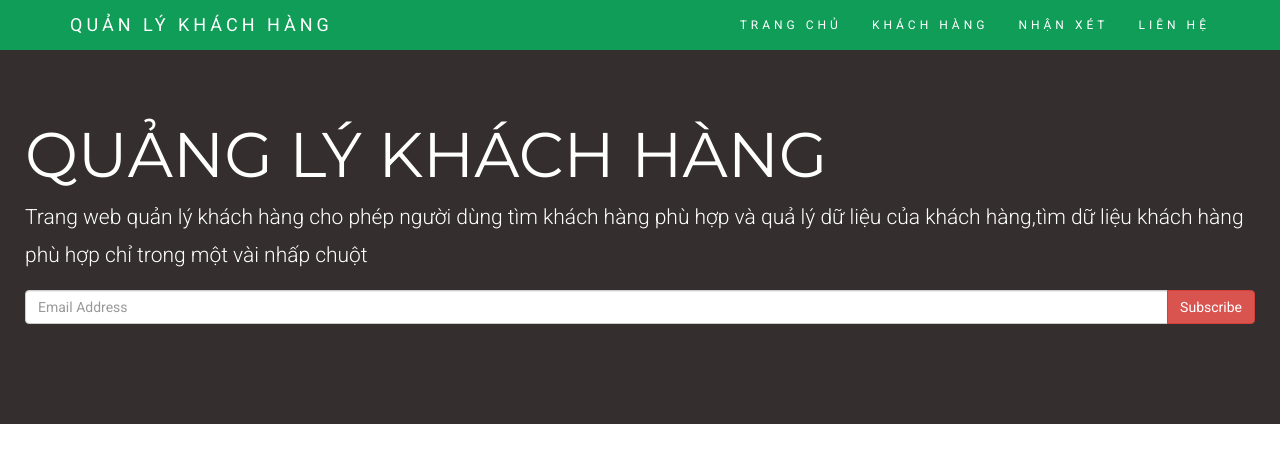
Repository: huutien1904/bt2-ltw
Page: index.html
The author's editor kept a copy of each file at every save. The page is drawn from the files as they stood at one save, then again after the next save.
The browser window is 1280 px wide. The pictures show the whole page.

Above is the page before, as saved 2021-11-03 16:30:43.

### index.html
<!DOCTYPE html>
<html lang="en">
<head>
    <meta charset="UTF-8">
    <meta http-equiv="X-UA-Compatible" content="IE=edge">
    <meta name="viewport" content="width=device-width, initial-scale=1.0">
    <title>Quản Lý Khách Hàng</title>
    <link rel="stylesheet" href="https://maxcdn.bootstrapcdn.com/bootstrap/3.4.1/css/bootstrap.min.css">
    <link href="https://fonts.googleapis.com/css?family=Montserrat" rel="stylesheet" type="text/css">
    <link href="https://fonts.googleapis.com/css?family=Lato" rel="stylesheet" type="text/css">
    <!-- style -->
    <link rel="stylesheet" href="./style.css">
    <!-- font roboto -->
    <link rel="preconnect" href="https://fonts.googleapis.com">
    <link rel="preconnect" href="https://fonts.gstatic.com" crossorigin>
    <link href="https://fonts.googleapis.com/css2?family=Roboto:ital,wght@0,300;0,400;0,500;0,700;0,900;1,700&display=swap" rel="stylesheet">
    <!-- javacript boostrap -->
    <script src="https://ajax.googleapis.com/ajax/libs/jquery/3.5.1/jquery.min.js"></script>
    <script src="https://maxcdn.bootstrapcdn.com/bootstrap/3.4.1/js/bootstrap.min.js"></script>
</head>
<body>
  <!-- navbar -->
    <nav class="navbar navbar-default navbar-fixed-top">
        <div class="container">
          <div class="navbar-header">
            <button type="button" class="navbar-toggle" data-toggle="collapse" data-target="#myNavbar">
              <span class="icon-bar"></span>
              <span class="icon-bar"></span>
              <span class="icon-bar"></span>
            </button>
            <a class="navbar-brand" href="#myPage">QUẢN LÝ KHÁCH HÀNG</a>
          </div>
          <div class="collapse navbar-collapse" id="myNavbar">
            <ul class="nav navbar-nav navbar-right">
              <li><a href="#about">TRANG CHỦ</a></li>
              <li><a href="#services">KHÁCH HÀNG</a></li>
              <li><a href="#pricing">NHẬN XÉT</a></li>
              <li><a href="#contact">LIÊN HỆ</a></li>
            </ul>
          </div>
        </div>
    </nav>
  <!-- and navbar -->
  <!-- trang chủ -->
    <div class="jumbotron jumbotron-fluid text-left">
      <h1>QUẢNG LÝ KHÁCH HÀNG</h1>
      <p>Trang web quản lý khách hàng cho phép người dùng tìm khách hàng phù hợp và quả lý dữ liệu của khách hàng,tìm dữ liệu khách hàng phù hợp chỉ trong một vài nhấp chuột </p>
      <form>
        <div class="input-group">
          <input type="email" class="form-control" size="50" placeholder="Email Address" required>
          <div class="input-group-btn">
            <button type="button" class="btn btn-danger">Subscribe</button>
          </div>
        </div>
      </form>
    </div>
  <!-- and trang chủ  -->
</body>
</html>

### style.css
*{
  font-family: 'Roboto', sans-serif;
}
:root {
  --primary-color: #0f9d58;
  --backgound-color: #f0f3f7;
  --secon-color: #9da2ad;
  --grey: #7a7a7a;
  --white: #ffffff;
}
  body {
    font: 400 15px Lato, sans-serif;
    line-height: 1.8;
    color: #818181;

  }
  h2 {
    font-size: 24px;
    text-transform: uppercase;
    color: #303030;
    font-weight: 600;
    margin-bottom: 30px;
  }
  h4 {
    font-size: 19px;
    line-height: 1.375em;
    color: #303030;
    font-weight: 400;
    margin-bottom: 30px;
  }
  .jumbotron {
    background-color: #342f2e;
    color: #fff;
    padding: 100px 25px;
    font-family: Montserrat, sans-serif;
  }
  .container-fluid {
    padding: 60px 50px;
  }
  .bg-grey {
    background-color: #f6f6f6;
  }
  .logo-small {
    color: var(--primary-color);
    font-size: 50px;
  }
  .logo {
    color: var(--primary-color);
    font-size: 200px;
  }
  .thumbnail {
    padding: 0 0 15px 0;
    border: none;
    border-radius: 0;
  }
  .thumbnail img {
    width: 100%;
    height: 100%;
    margin-bottom: 10px;
  }
  .carousel-control.right, .carousel-control.left {
    background-image: none;
    color: var(--primary-color);
  }
  .carousel-indicators li {
    border-color: var(--primary-color);
  }
  .carousel-indicators li.active {
    background-color: var(--primary-color);
  }
  .item h4 {
    font-size: 19px;
    line-height: 1.375em;
    font-weight: 400;
    font-style: italic;
    margin: 70px 0;
  }
  .item span {
    font-style: normal;
  }
  .panel {
    border: 1px solid var(--primary-color);
    border-radius:0 !important;
    transition: box-shadow 0.5s;
  }
  .panel:hover {
    box-shadow: 5px 0px 40px rgba(0,0,0, .2);
  }
  .panel-footer .btn:hover {
    border: 1px solid var(--primary-color);
    background-color: #fff !important;
    color: var(--primary-color);
  }
  .panel-heading {
    color: #fff !important;
    background-color: var(--primary-color) !important;
    padding: 25px;
    border-bottom: 1px solid transparent;
    border-top-left-radius: 0px;
    border-top-right-radius: 0px;
    border-bottom-left-radius: 0px;
    border-bottom-right-radius: 0px;
  }
  .panel-footer {
    background-color: white !important;
  }
  .panel-footer h3 {
    font-size: 32px;
  }
  .panel-footer h4 {
    color: #aaa;
    font-size: 14px;
  }
  .panel-footer .btn {
    margin: 15px 0;
    background-color: var(--primary-color);
    color: #fff;
  }
  .navbar {
    margin-bottom: 0;
    background-color: var(--primary-color);
    z-index: 9999;
    border: 0;
    font-size: 12px !important;
    line-height: 1.42857143 !important;
    letter-spacing: 4px;
    border-radius: 0;
    font-family: Montserrat, sans-serif;
  }
  .navbar li a, .navbar .navbar-brand {
    color: #fff !important;
  }
  .navbar-nav li a:hover, .navbar-nav li.active a {
    color: var(--primary-color) !important;
    background-color: #fff !important;
  }
  .navbar-default .navbar-toggle {
    border-color: transparent;
    color: #fff !important;
  }
  footer .glyphicon {
    font-size: 20px;
    margin-bottom: 20px;
    color: var(--primary-color);
  }
  .slideanim {visibility:hidden;}
  .slide {
    animation-name: slide;
    -webkit-animation-name: slide;
    animation-duration: 1s;
    -webkit-animation-duration: 1s;
    visibility: visible;
  }
  @keyframes slide {
    0% {
      opacity: 0;
      transform: translateY(70%);
    }
    100% {
      opacity: 1;
      transform: translateY(0%);
    }
  }
  @-webkit-keyframes slide {
    0% {
      opacity: 0;
      -webkit-transform: translateY(70%);
    }
    100% {
      opacity: 1;
      -webkit-transform: translateY(0%);
    }
  }
  @media screen and (max-width: 768px) {
    .col-sm-4 {
      text-align: center;
      margin: 25px 0;
    }
    .btn-lg {
      width: 100%;
      margin-bottom: 35px;
    }
  }
  @media screen and (max-width: 480px) {
    .logo {
      font-size: 150px;
    }
  }

After the next save:
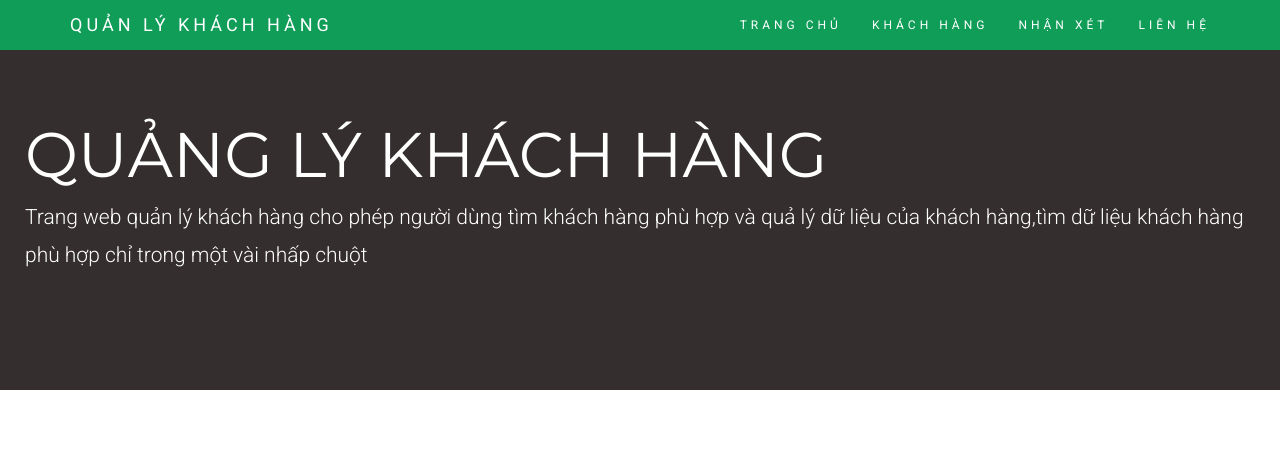
Saved 50 min 39 s later.
--- a/index.html
+++ b/index.html
@@ -45,14 +45,7 @@
     <div class="jumbotron jumbotron-fluid text-left">
       <h1>QUẢNG LÝ KHÁCH HÀNG</h1>
       <p>Trang web quản lý khách hàng cho phép người dùng tìm khách hàng phù hợp và quả lý dữ liệu của khách hàng,tìm dữ liệu khách hàng phù hợp chỉ trong một vài nhấp chuột </p>
-      <form>
-        <div class="input-group">
-          <input type="email" class="form-control" size="50" placeholder="Email Address" required>
-          <div class="input-group-btn">
-            <button type="button" class="btn btn-danger">Subscribe</button>
-          </div>
-        </div>
-      </form>
+
     </div>
   <!-- and trang chủ  -->
 </body>
